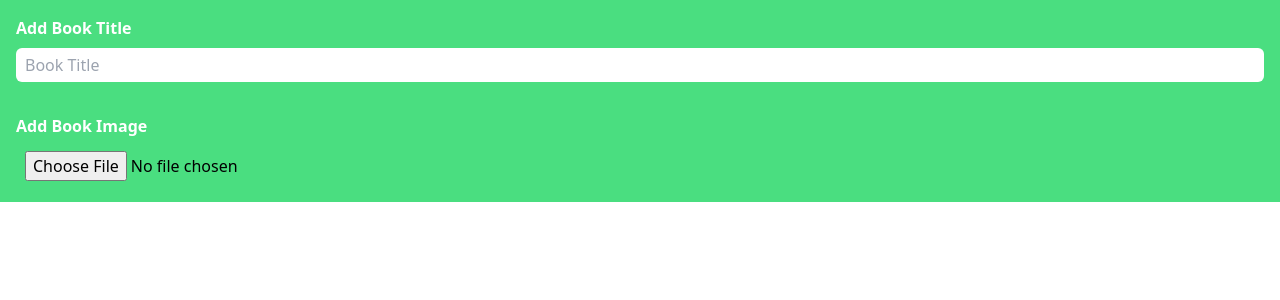
Repository: Marhamat92/booksappwithcontext
Page: /
An editor plug-in stored every save of this project. The page is shown before and after the next save, followed by the edit.
The browser window is 1280 px wide. The pictures show the whole page.
The project was rebuilt for these pictures with package versions that can differ from the ones it lists, and the page was loaded fresh each time. Also part of the build but not shown: src/App.css.

Above is the page before, as saved 2022-12-07 14:13:37.

After the next save:
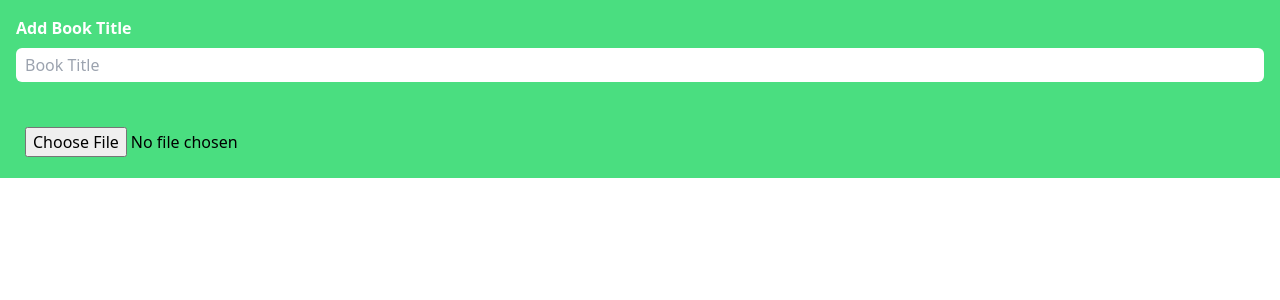
Saved 85 s later.
--- a/src/components/Inputs/ImageInput.tsx
+++ b/src/components/Inputs/ImageInput.tsx
@@ -1,12 +1,14 @@
 import React from "react";
 
-type Props = {};
+type Props = {
+  label: string;
+};
 
-function ImageInput({}: Props) {
+function ImageInput({ label }: Props) {
   return (
     <div className='flex flex-col px-4 py-4'>
       <label className='text-white font-bold mb-2' htmlFor='image'>
-        Add Book Image
+        {label}
       </label>
       <input
         className='pl-2 py-1 border border-transparent rounded-md focus-within:ring-2 focus-within:ring-green-400 focus-within:border-transparent focus:outline-none'

After the save that followed:
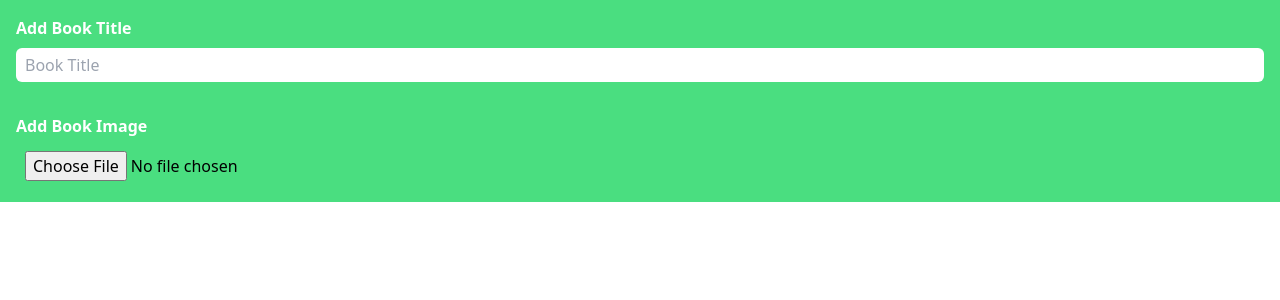
Saved 15 s later.
--- a/src/App.tsx
+++ b/src/App.tsx
@@ -26,7 +26,7 @@ function App() {
             value={title}
             onChange={handleTitleChange}
           />
-          <ImageInput />
+          <ImageInput label='Add Book Image' />
         </form>
       </div>
     </div>
